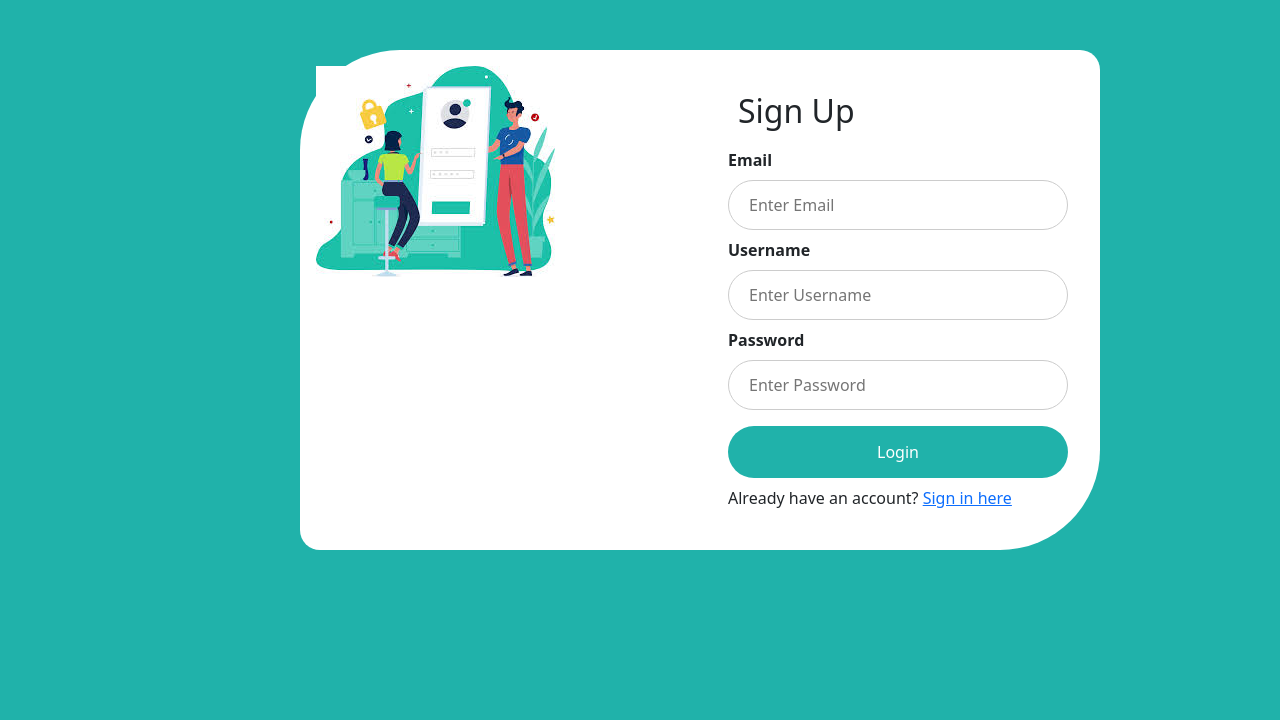
Repository: Sadia-Naveed-Shaikh/JavaScript-Website
Page: SignUp.html
These files come from the project's save history. The page is drawn as it stood at one moment and after the next save; the edit follows.
The browser window is 1280 px wide. The pictures show the whole page.

Above is the page before, as saved 2021-10-27 14:44:25.

### SignUp.html
<!DOCTYPE html>
<html>

<head>
    <meta charset="utf-8">
    <meta name="viewport" content="width=device-width, initial-scale=1.0">
    <title>Signup</title>
    <link href="https://cdn.jsdelivr.net/npm/bootstrap@5.1.3/dist/css/bootstrap.min.css" rel="stylesheet"
        integrity="sha384-1BmE4kWBq78iYhFldvKuhfTAU6auU8tT94WrHftjDbrCEXSU1oBoqyl2QvZ6jIW3" crossorigin="anonymous">
    <!-- <link rel="stylesheet" href="assets/css/style.css"> -->


    <style>
        body {
            background-color: #20b2aa;
        }

        .LoginDiv {
            position: absolute;
            width: 800px;
            height: 500px;
            left: 300px;
            top: 50px;
            background-color: white;
            border-radius: 20px;
            border-top-left-radius: 100px;
            border-bottom-right-radius: 100px;
        }

        .loginImg {
            top: 130px;
            left: 50px;
        }

        input[type=text],
        input[type=password] {
            width: 100%;
            padding: 12px 20px;
            margin: 8px 0;
            display: inline-block;
            border: 1px solid #ccc;
            box-sizing: border-box;
            border-radius: 30px;
        }

        button {
            background-color: #20b2aa;
            color: white;
            padding: 14px 20px;
            margin: 8px 0;
            border: none;
            cursor: pointer;
            width: 100%;
            border-radius: 30px;
        }

        button:hover {
            opacity: 0.8;
        }

        .container {
            padding: 16px;
        }
    </style>
</head>

<body>


    <div class="LoginDiv">
        <div class="container">
            <div class=row>
                <div class="col loginImg">
                    <img src="assets/login.jpeg" alt="login Image">
                </div>

                <div class="col">
                    <form action="/action_page.php" method="post">
                        <div class="container">
                            <h2 style="padding:10px; justify-content:center; align-items:center">Sign Up</h2>
                            <label for="email"><b>Email</b></label>
                            <input type="text" placeholder="Enter Email" name="email" required>
                            <label for="uname"><b>Username</b></label>
                            <input type="text" placeholder="Enter Username" name="uname" required>
                            <label for="psw"><b>Password</b></label>
                            <input type="password" placeholder="Enter Password" name="psw" required>
                            <button type="submit">Login</button>
                            <label>
                                Already have an account? <a href="login.html">Sign in here</a>

                            </label>
                        </div>
                    </form>


                </div>

            </div>
        </div>
    </div>




</body>

</html>

After the next save:
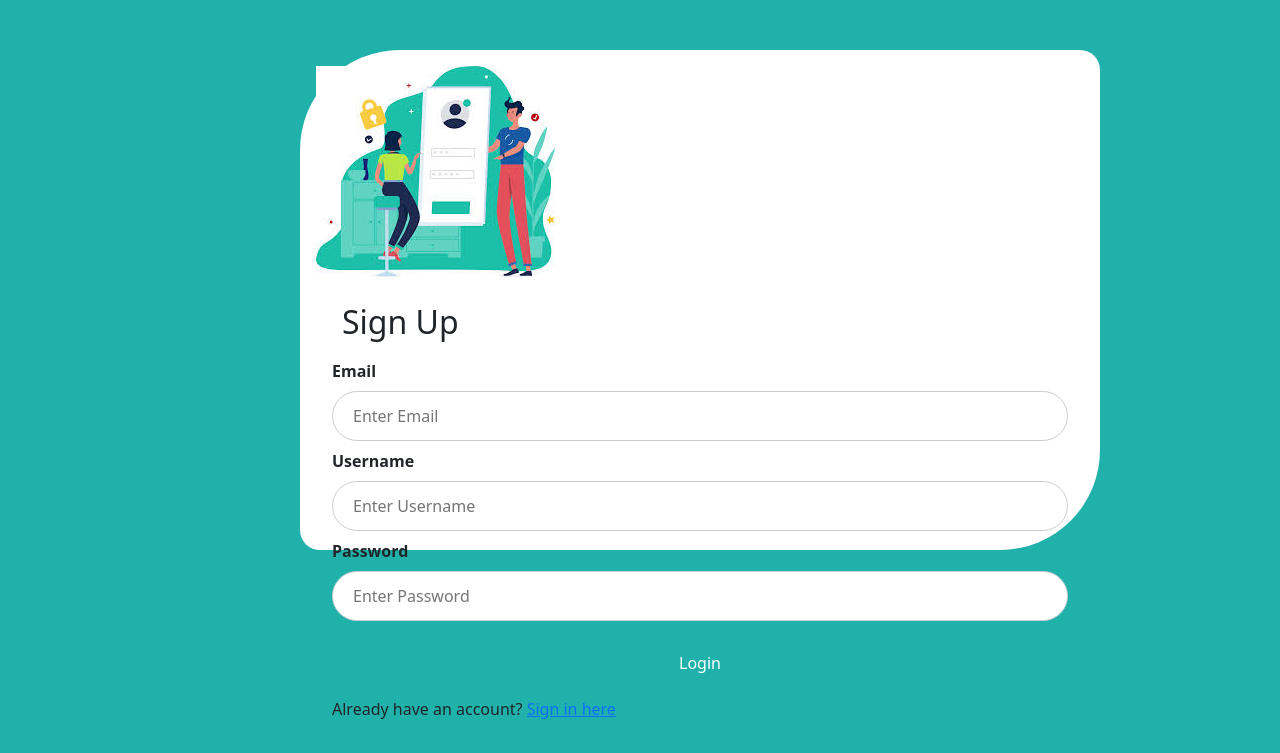
Saved 8 min 35 s later.
--- a/SignUp.html
+++ b/SignUp.html
@@ -70,7 +70,7 @@
     <div class="LoginDiv">
         <div class="container">
             <div class=row>
-                <div class="col loginImg">
+                <div class=".col-sm-6 loginImg">
                     <img src="assets/login.jpeg" alt="login Image">
                 </div>
 

After the 2 saves that followed:
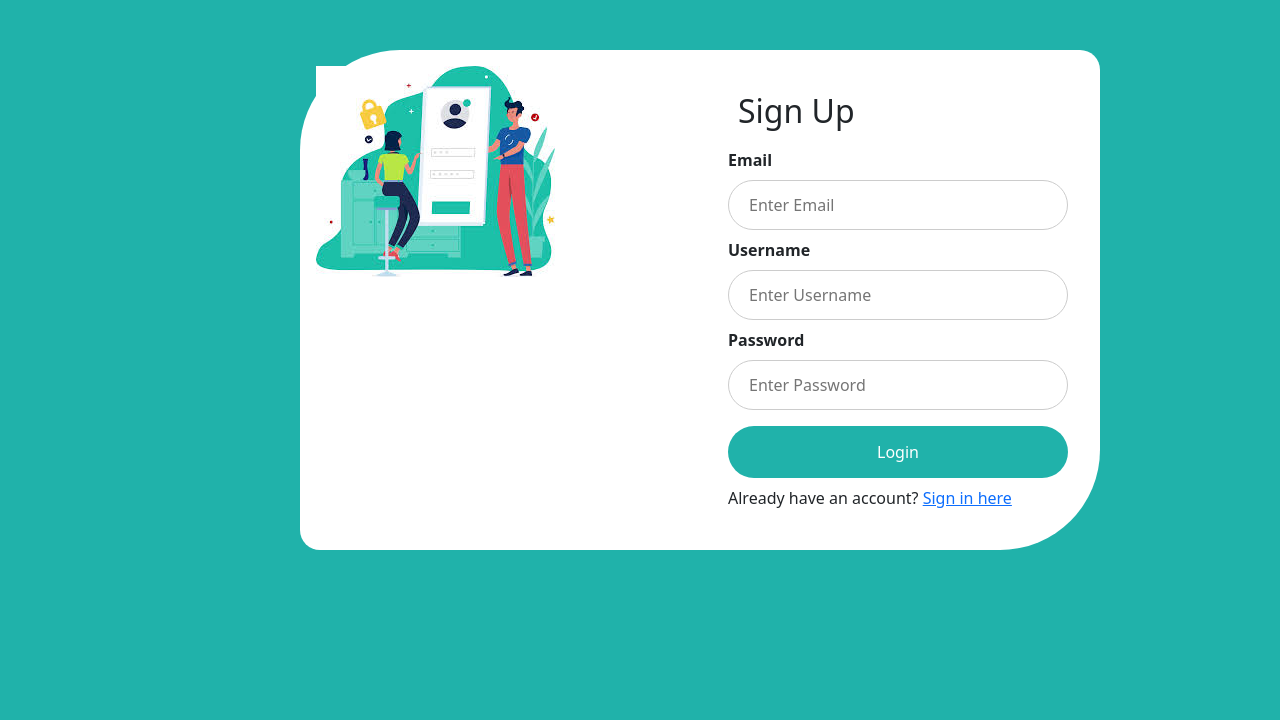
The 2 saves are shown as one change because 1 left the picture as it was.
The last was saved 16 s later.
--- a/SignUp.html
+++ b/SignUp.html
@@ -70,11 +70,11 @@
     <div class="LoginDiv">
         <div class="container">
             <div class=row>
-                <div class=".col-sm-6 loginImg">
+                <div class="col-sm-6 loginImg">
                     <img src="assets/login.jpeg" alt="login Image">
                 </div>
 
-                <div class="col">
+                <div class="col-sm-6">
                     <form action="/action_page.php" method="post">
                         <div class="container">
                             <h2 style="padding:10px; justify-content:center; align-items:center">Sign Up</h2>
